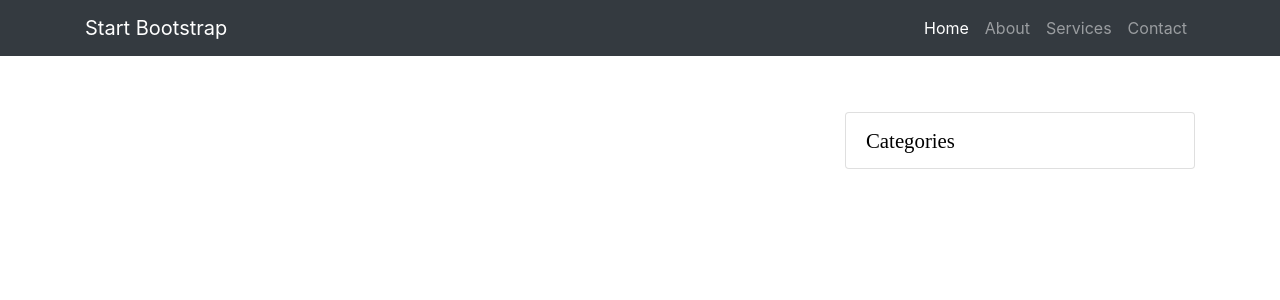
Repository: mohammedaniz/Blog-App
Page: /blogs
An editor plug-in stored every save of this project. The page is shown before and after the next save, followed by the edit.
The browser window is 1280 px wide. The pictures show the whole page.
The page's requests for data from a server got no answer. Some web fonts or font styles are not loaded; a fallback is used. The project was rebuilt for these pictures with package versions that can differ from the ones it lists, and the page was loaded fresh each time. No one was signed in, and anything a server would have sent is missing. Also part of the build but not shown: src/components/Components/Feed.component.vue, src/components/Components/Spinner.component.vue, src/components/Components/Tag.component.vue, src/components/Components/Feed.Details.vue, src/components/Components/Feed.Category.component.vue.

Above is the page before, as saved 2020-09-13 15:28:57.

After the next save:
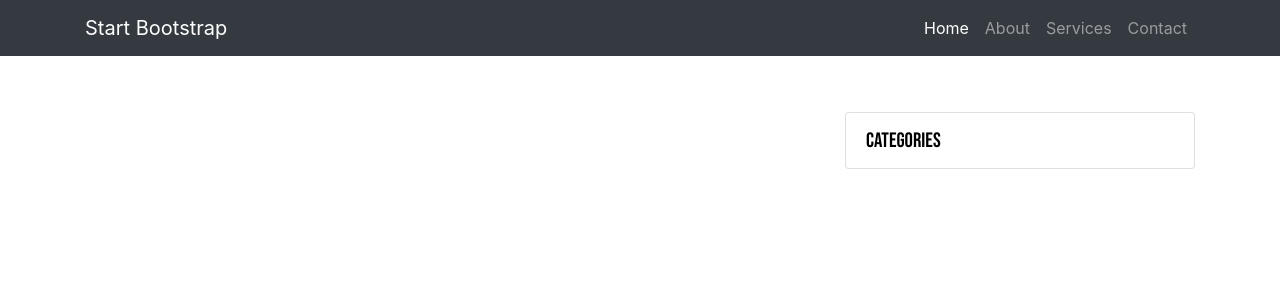
Saved 28 s later.
--- a/src/components/Components/Category.component.vue
+++ b/src/components/Components/Category.component.vue
@@ -19,6 +19,7 @@ export default {
 }
 .list-group-item-title{
     font-size: 1.3rem;
+    font-family: 'Bebas Neue', cursive;
 }
 .list-group-item{
     font-size: .9rem;
